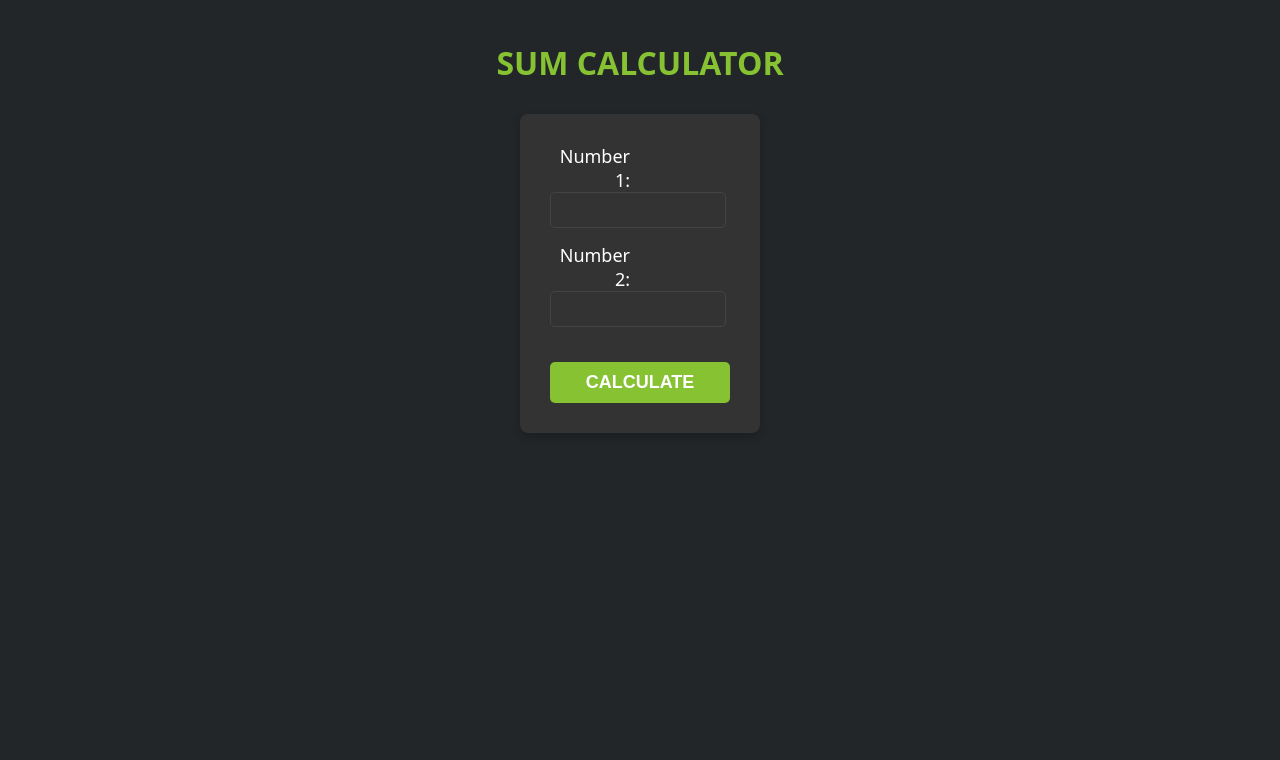
Repository: Amirbeek/AWS_Learning
Page: index.html
The author's editor kept a copy of each file at every save. The page is drawn from the files as they stood at one save, then again after a run of saves.
The browser window is 1280 px wide. The pictures show the whole page.

Above is the page before, as saved 2025-08-03 00:57:48.

After the next 3 saves:
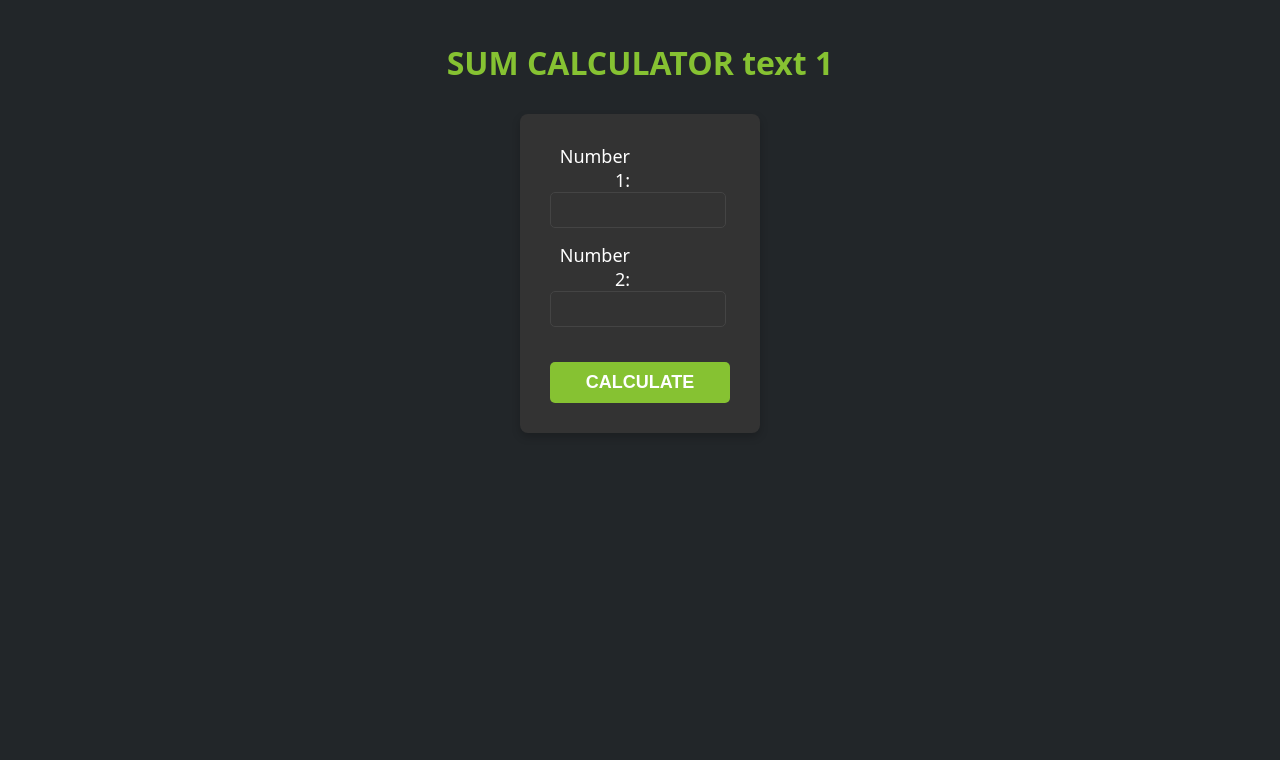
The 3 saves are shown as one change because they came seconds apart.
The last was saved 43 s later.
--- a/index.html
+++ b/index.html
@@ -6,7 +6,7 @@
     <link rel="stylesheet" href="style.css">
 </head>
 <body>
-    <h1>SUM CALCULATOR</h1>
+    <h1>SUM CALCULATOR text 1</h1>
 
     <form id="calculatorForm">
         <label for="num1">Number 1:</label>
